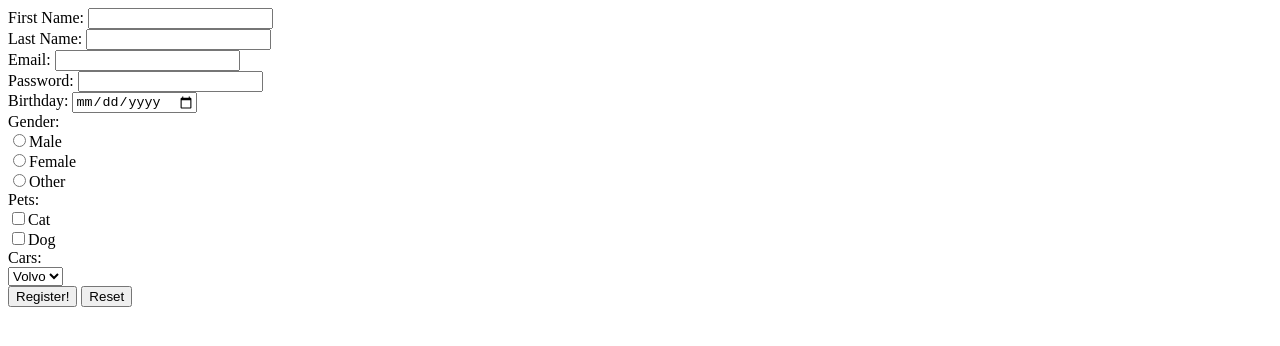
Repository: rileymeye1/ZTM
Page: register.html
The author's editor kept a copy of each file at every save. The page is drawn from the files as they stood at one save, then again after the next save.
The browser window is 1280 px wide. The pictures show the whole page.

Above is the page before, as saved 2024-08-18 21:00:02.

After the next save:
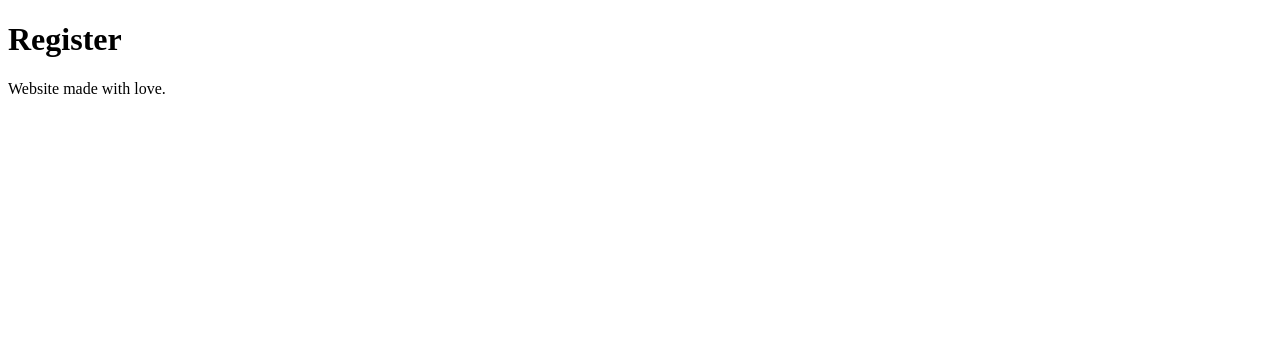
Saved 4 min 59 s later.
--- a/register.html
+++ b/register.html
@@ -6,7 +6,17 @@
     <title>Register</title>
   </head>
   <body>
-    <!-- Use GET, not POST -->
+    <header>
+      <h1>Register</h1>
+    </header>
+    <nav>
+      <a href="www.google.com"></a>
+    </nav>
+    <footer>
+      <p>Website made with love.</p>
+    </footer>
+
+    <!-- Use GET, not POST
     <form method="GET">
       First Name: <input type="text" name="firstname"><br>
       Last Name: <input type="text" name="lastname"><br>
@@ -27,6 +37,6 @@
       </select><br>
       <input type="submit" value="Register!">
       <input type="reset">
-    </form>
+    </form> -->
   </body>
 </html>
